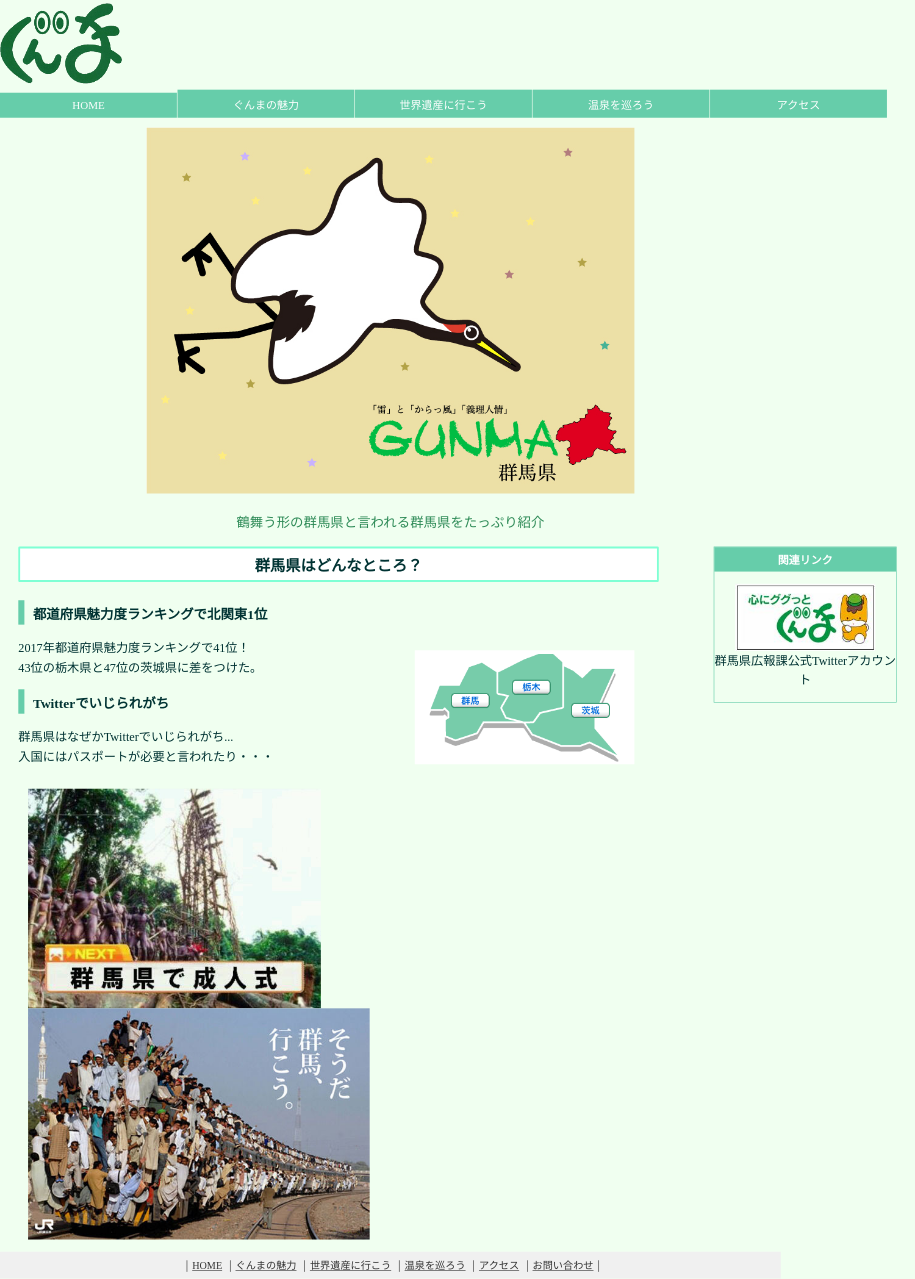
Repository: erinakatagiri/gomi
Page: gunma/Gunma.html
The author's editor kept a record of every edit. The page is drawn from the files as they stood at one moment, then again after the next edit.
The browser window is 1280 px wide. The page is 1500 px wide, so the pictures cover 1500 px, including what lies to the right of the window. The pictures show the whole page, at 61% of full size.

Above is the page before.

After the next edit:
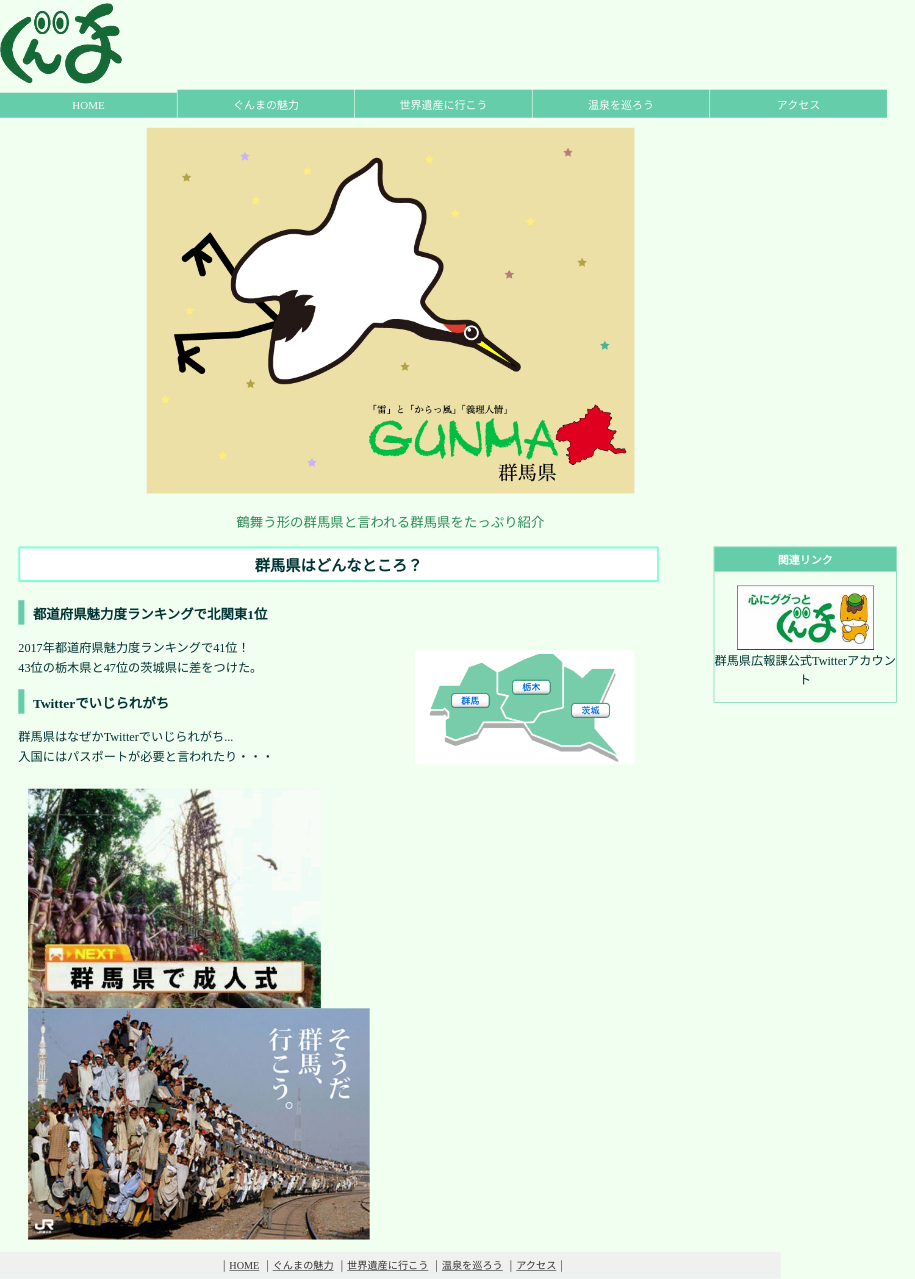
The edit:
--- a/gunma/Gunma.html
+++ b/gunma/Gunma.html
@@ -77,8 +77,7 @@
                     <li><a href="lesson.html">世界遺産に行こう</a></li>
                     <li><a href="gallery.html">温泉を巡ろう</a></li>
                     <li><a href="access.html">アクセス</a></li>
-                    <li><a href="contact.html">お問い合わせ</a></li>
-                </ul>
+
             </div>
             </footer>
         <!--フッターここまで-->
